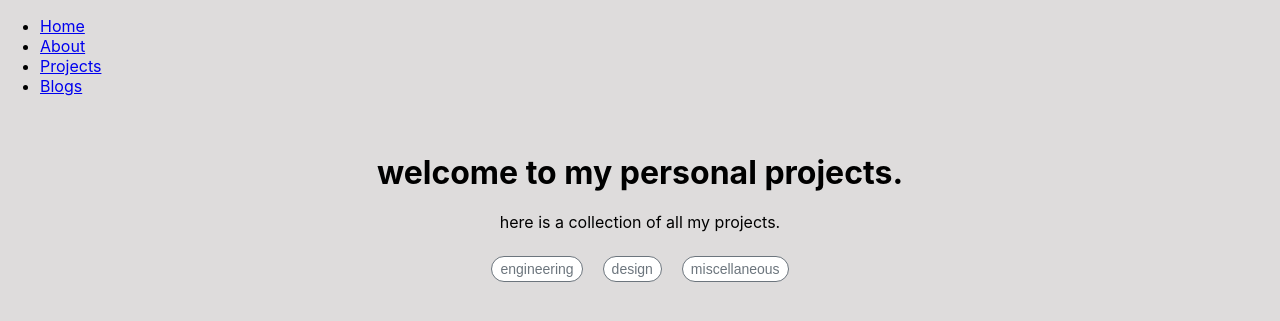
Repository: nicholaschen09/personalWebsite
Page: /projects
The author's editor kept a copy of each file at every save. The page is drawn from the files as they stood at one save, then again after the next save.
The browser window is 1280 px wide. The pictures show the whole page.
The project was rebuilt for these pictures with package versions that can differ from the ones it lists, and the page was loaded fresh each time. Also part of the build but not shown: src/components/About.css, src/components/About.js, src/components/Home.js, src/components/Blog.css, src/components/Blog.js, src/components/Miscellaneous.css, src/components/Miscellaneous.js, src/components/Design.css and 4 more.

Above is the page before, as saved 2024-08-10 11:02:54.

### src/App.js
import React from 'react';
import { BrowserRouter as Router, Route, Routes, Link } from 'react-router-dom';
import About from './components/About.js';
import Home from './components/Home.js';
import Projects from './components/Projects.js';
import Blog from './components/Blog.js';
import Miscellaneous from './components/Miscellaneous.js';
import Design from './components/Design.js';
import Engineering from './components/Engineering.js';
import BasketBin from './components/BasketBin';

function App() {
  return (
    <Router>
      <div>
        <nav>
          <ul>
            <li>
              <Link to="/">Home</Link>
            </li>
            <li>
              <Link to="/about">About</Link>
            </li>
            <li>
              <Link to="/projects">Projects</Link>
            </li>
            <li>
              <Link to="/blogs">Blogs</Link>
            </li>
          </ul>
        </nav>

        <Routes>
          <Route path="/about" element={<About />} />
          <Route path="/" element={<Home />} />
          <Route path="/projects" element={<Projects />} />
          <Route path="/blogs" element={<Blog />} />
          <Route path="/projects/miscellaneous" element={<Miscellaneous />} />
          <Route path="/projects/design" element={<Design />} />
          <Route path="/projects/engineering" element={<Engineering />} />
          <Route path="/projects/basketbin" element={<BasketBin />} />
        </Routes>
      </div>
    </Router>
  );
}

export default App;

### src/components/Projects.js
import React from 'react';
import { Link } from 'react-router-dom';
import './Projects.css';

const Projects = () => {
    return (
        <div className="projects">
            <h1>welcome to my personal projects. </h1>
            <p>here is a collection of all my projects.</p>

            <Link to ="/projects/engineering"><button>engineering</button></Link>

            <Link to ="/projects/design"><button>design</button></Link>

            <Link to ="/projects/miscellaneous"><button>miscellaneous</button></Link>

        </div>
    );
};

export default Projects;

### src/components/Home.css
/* src/components/Home/Home.css */
.home {
    text-align: center;
    padding: 100px;
    width: 700px;
    margin-left: auto;
    margin-right: auto;
}

body {
    background-color: rgb(222, 220, 220);
}

.DinnerImage {
    width: 70%;
    height: 70%;
    margin-left: auto;
    margin-right: auto;
    display: block;
}
p {
    line-height: 1;
}

### src/components/Projects.css
/* src/components//Home.css */
.projects {
    text-align: center;
    padding: 20px;
}

.projects button {
    border: 1px solid #6c757d; /* Grey border */
    padding: 4px 8px; /* Smaller padding */
    background-color: #fff; /* White background */
    color: #6c757d; /* Grey text */
    cursor: pointer;
    font-size: 14px; /* Smaller font size */
    transition: background-color 0.3s, color 0.3s;
    border-radius: 20px; /* Rounded corners */
    margin: 10px; /* Spacing between buttons */
}

.projects button:hover {
    background-color: #a7a7a7; /* Grey background on hover */
    color: #fff; /* White text on hover */
}

Loaded but not shown: public/index.html (common file); src/index.js (common file); src/index.css (common file); src/reportWebVitals.js (common file); src/components/BasketBin.css (no stored copy; drawn as an empty file)

After the next save:
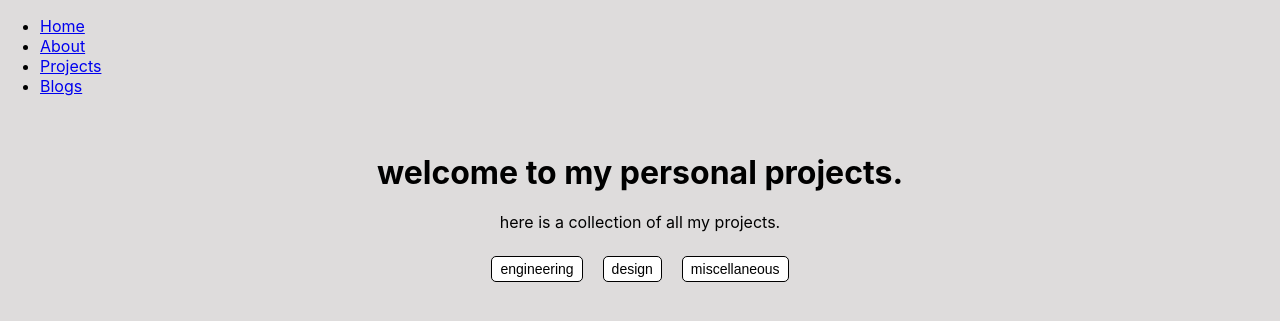
Saved 9 s later.
--- a/src/components/Projects.css
+++ b/src/components/Projects.css
@@ -5,14 +5,14 @@
 }
 
 .projects button {
-    border: 1px solid #6c757d; /* Grey border */
+    border: 1px solid #000000; /* Grey border */
     padding: 4px 8px; /* Smaller padding */
     background-color: #fff; /* White background */
-    color: #6c757d; /* Grey text */
+    color: #000000; /* Grey text */
     cursor: pointer;
     font-size: 14px; /* Smaller font size */
     transition: background-color 0.3s, color 0.3s;
-    border-radius: 20px; /* Rounded corners */
+    border-radius: 5px; /* Rounded corners */
     margin: 10px; /* Spacing between buttons */
 }
 
